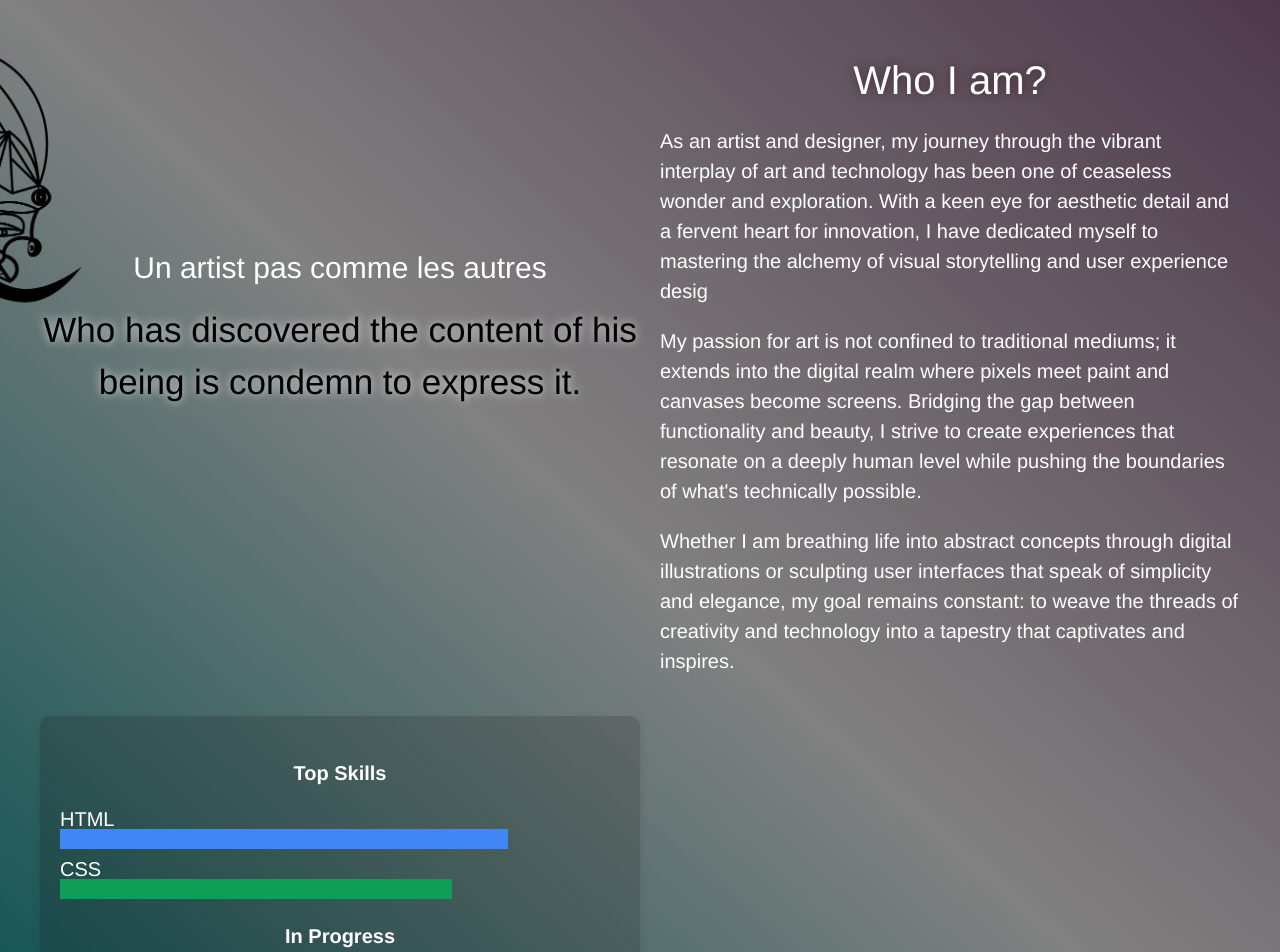
Repository: al-XLeMEsTRE/al-XLeMEsTRE
Page: index.html
These files come from the project's save history. The page is drawn as it stood at one moment and after the next save; the edit follows.
The browser window is 1280 px wide. The pictures show the part of the page from y = 886 to 1838 px (the page is 5780 px tall before and 5520 px after).
A picture or video elsewhere on the page could not be fetched, so the positions and the page height are approximate.

Above is the page before, as saved 2023-11-23 19:17:11.

After the next save:
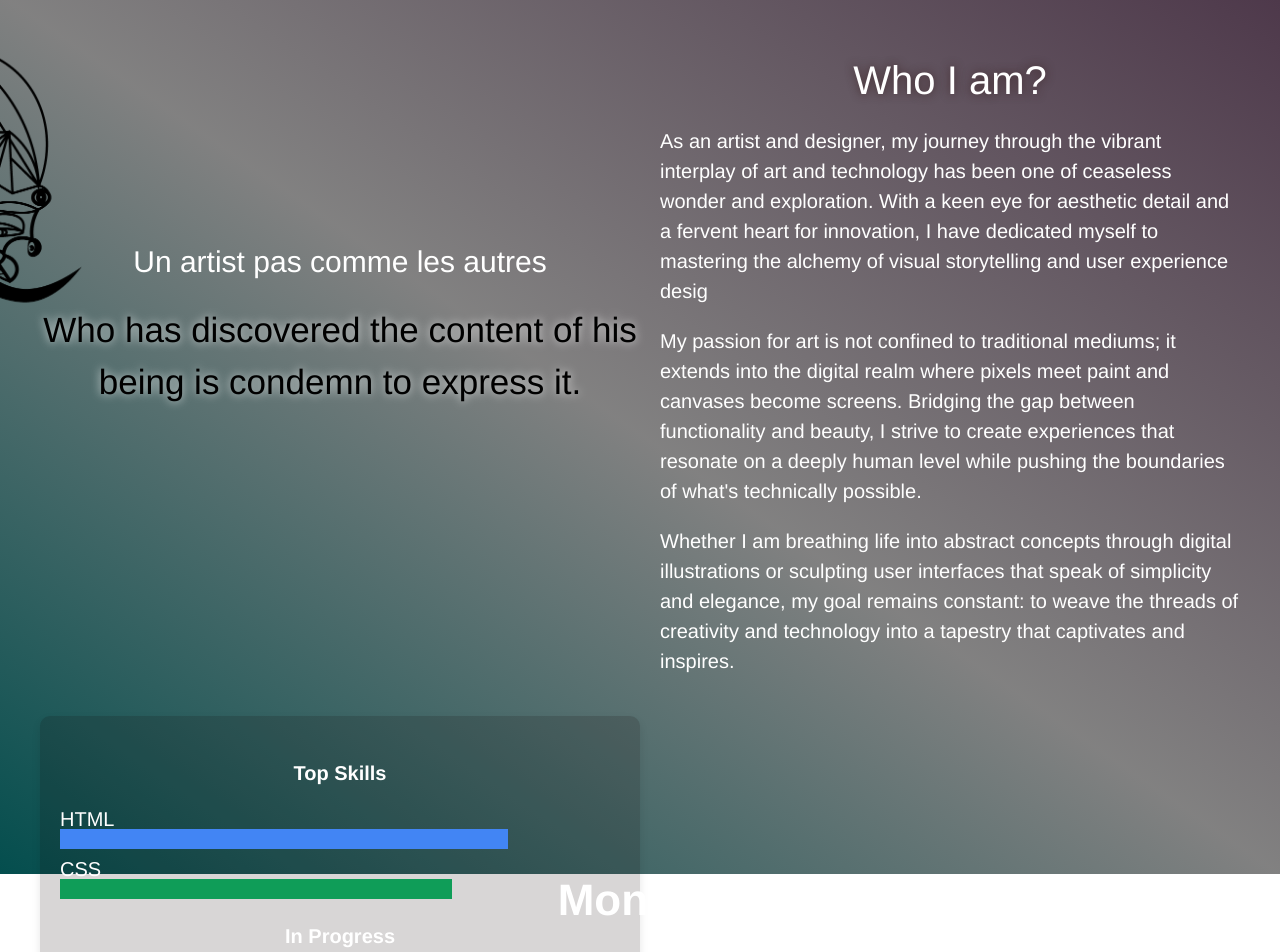
Saved 11 s later.
--- a/style/styles.css
+++ b/style/styles.css
@@ -195,8 +195,6 @@
   );
   padding: 20px 40px 140px;
   height: 100vh;
-  min-height: 980px;
-  max-height: 1100px;
 
 }
 
